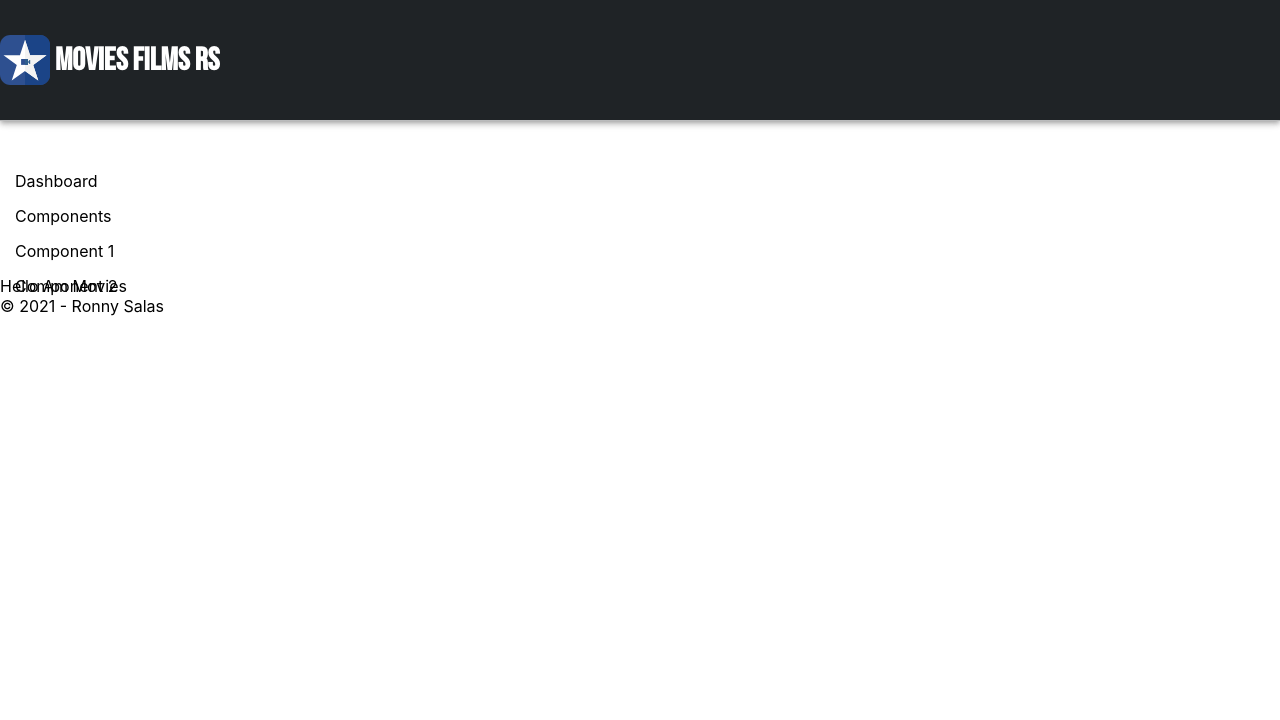
Repository: ronnysalas459/assigment-2
Page: /
These files come from the project's save history. The page is drawn as it stood at one moment and after the next save; the edit follows.
The browser window is 1280 px wide. The pictures show the whole page.
The page's requests for data from a server got no answer. The project was rebuilt for these pictures with package versions that can differ from the ones it lists, and the page was loaded fresh each time. No one was signed in, and anything a server would have sent is missing. Also part of the build but not shown: src/contexts/DetailsContext.js, src/components/Details/index.js, src/components/NotFound/index.js.

Above is the page before, as saved 2021-08-29 20:11:22.

### src/index.js
import React from 'react';
import ReactDOM from 'react-dom';
import App from './App';

ReactDOM.render(<App />,document.querySelector('#root')
);

### src/App.js
import React from "react";
import { BrowserRouter, Switch, Route } from "react-router-dom";
import MoviesContextProvider from "./contexts/MoviesContext";
import DetailsContextProvider from "./contexts/DetailsContext";
import Movies from "./components/Movies";
import Details from "./components/Details";
import Header from "./components/Common/Header";
import Footer from "./components/Common/Footer";
import SideBar from "./components/Common/SideBar";
import NotFound from "./components/NotFound";
import "./assets/css/styles.css";

const App = () => (
  <BrowserRouter>
    <div className="container">
    <Header />
    <SideBar/>
    </div>
    <Switch>
      <Route exact path="/">
        <MoviesContextProvider>
          <Movies />
        </MoviesContextProvider>
      </Route>
      <Route path="/movie/movie_id">
        <DetailsContextProvider>
          <Details />
        </DetailsContextProvider>
      </Route>
      <Route component={NotFound} />
    </Switch>
    <Footer />
  </BrowserRouter>
);

export default App;

### src/contexts/MoviesContext.js
import React, { createContext, useState, useEffect } from "react";
import { popularGet, movieSearch } from "./../constants";

export const MoviesContext = createContext();

const MoviesContextProvider = ({ children }) => {
  const [doneFetch, setDoneFetch] = useState();
  const [currentQuery, setCurrentQuery] = useState("");
  const [text, setText] = useState("Top Movies");
  const [movies, setMovies] = useState([]);

  useEffect(() => {
    getPopularMovies();
  }, []);

  const getPopularMovies = () => {
    fetch(popularGet())
      .then((res) => res.json())
      .then((data) => {
        setDoneFetch(true);
        setMovies(data.results);
      })
      .catch((err) => console.log(err));
  };

  const getMovies = (query) => {
    fetch(movieSearch(query))
      .then((res) => res.json())
      .then((data) => {
        const { results } = data;
        setDoneFetch(true);
        setText(results.length ? "Results" : "No Results");
        setMovies(results);
      })
      .catch((err) => console.log(err));
  };

  const validateQuery = (
    e,
    query = document.querySelector("#query").value.toLowerCase().trim()
  ) => {
    if (e.type === "keypress" && e.key !== "Enter") return;
    const words = query.match(/\w+/g);
    query = words && words.join(" ");
    if (query && query !== currentQuery) {
      setCurrentQuery(query);
      setDoneFetch(false);
      getMovies(query);
    }
  };
  return (
    <MoviesContext.Provider value={{ doneFetch, text, movies, validateQuery }}>
      {children}
    </MoviesContext.Provider>
  );
};

export default MoviesContextProvider;

### src/components/Movies/index.js
import React from 'react'

const Movies = () => (
    <p> Hello Am Movies</p>
);

export default Movies;

### src/components/Common/Header.js
import React from "react";
import { AppBar, Toolbar } from "@material-ui/core";
import { ReactComponent as Logo } from "./../../assets/img/movie.svg";
import "./../../assets/css/styles.css";
const Header = () => (
  <AppBar position="sticky">
      <div className="header-container">
            <Logo className="logo-container" />
            &nbsp;&nbsp;
        <h1>Movies Films RS</h1>
      </div>
  </AppBar>
);

export default Header;

### src/components/Common/Footer.js
import React from 'react'

const Footer = () => (
    <footer>
        <p> &copy; { new Date().getFullYear()} - Ronny Salas</p>
    </footer>
);


export default Footer;

### src/components/Common/SideBar.js
import React from "react";
import { ProSidebar, Menu, MenuItem, SubMenu } from "react-pro-sidebar";
import "./../../assets/css/styles.css";

const SideBar = () => (
  <section className="content">
    <aside className="aside">
      <ProSidebar>
        <Menu iconShape="square">
          <MenuItem>Dashboard</MenuItem>
          <SubMenu title="Components">
            <MenuItem>Component 1</MenuItem>
            <MenuItem>Component 2</MenuItem>
          </SubMenu>
        </Menu>
      </ProSidebar>
    </aside>
  </section>
);
export default SideBar;

### src/assets/css/styles.css
/*FUENTES*/

@font-face {
  font-family: "TrebuchetMS";
  src: url("../fonts/TrebuchetMS.ttf");
  font-weight: normal;
  font-style: normal;
}
@font-face {
  font-family: "BebasNeue";
  src: url("../fonts/BebasNeue.otf");
  font-weight: normal;
  font-style: normal;
}

@font-face {
  font-family: "WebSymbolsRegular";
  src: url("../fonts/websymbols-regular-webfont.eot");
  src: url("../fonts/websymbols-regular-webfont.eot?#iefix")
      format("embedded-opentype"),
    url("../fonts/websymbols-regular-webfont.woff") format("woff"),
    url("../fonts/websymbols-regular-webfont.ttf") format("truetype"),
    url("../fonts/websymbols-regular-webfont.svg#WebSymbolsRegular")
      format("svg");
  font-weight: normal;
  font-style: normal;
}

* {
  margin: 0px;
  padding: 0px;
}

.wrap {
  width: 1250px;
  margin: 0px auto;
}

.gear,
.icon {
  font-family: "WebSymbolsRegular";
}

html {
  overflow-x: hidden;
}

body {
  margin: 0;
  font-family: -apple-system, BlinkMacSystemFont, "Segoe UI", "Roboto", "Oxygen",
    "Ubuntu", "Cantarell", "Fira Sans", "Droid Sans", "Helvetica Neue",
    sans-serif;
  -webkit-font-smoothing: antialiased;
  -moz-osx-font-smoothing: grayscale;
}

.header-container {
  width: 100%;
  height: 80px;
  background-color: #1f2326 !important;
  font-family: BebasNeue;
  color: white;
  display: flex;
  flex-direction: row;
  flex-wrap: wrap;
  align-items: center;
  height: 120px;
  border-bottom: 1px solid rgba(225, 225, 226, 0.8);
}

.logo-container {
  display: block;
  height: 100%;
  width: 50px;
}
.logo-container h1 {
  color: aqua;
}
.content{
  display:flex;
  justify-content:space-between;
  padding-top: 20px;
  padding-bottom: 20px;
}
.aside{

  flex-basis: 15%;
  margin-right: 30px;
  padding: 15px;

  display:flex;
  flex-direction: column;
  flex-wrap: wrap;
}
.sidebar {
  display: flex;
  color: aqua;
  width: 10%;
  height: auto;
  background-color: #1f2326;
}
ul {
  list-style-type: none;
  padding: 0;
}

li {
  margin-top: 15px;
}

a {
  text-decoration: none;
}

.root {
  margin: 3vw;
}

.message,
.defaultPaper {
  text-align: center;
  color: rgba(0, 0, 0, 0.54) !important;
}

.paper {
  margin-top: 25px;
  margin-bottom: 25px;
  margin-left: auto;
  margin-right: auto;
  max-width: 600px;
}

.defaultPaper {
  padding: 15px;
}

.title {
  font-size: 25px;
}

.buttonPrimary,
.progressBar {
  display: flex;
  justify-content: center;
  align-items: center;
}

.buttonPrimary,
.message,
.progressBar {
  margin: 10px;
}

.MuiTextField-root {
  width: 100%;
}

@media (max-width: 323px) {
  h1 {
    display: none;
  }
}

### src/constants/index.js
//HABILITAR PROXY INVERSO PARA CORS INTERCEPTOR
//const cors_anywhere = "https://cors-anywhere.herokuapp.com/";
const base_url = "https://api.themoviedb.org/3/";
const popular_movies_get = "movie/popular?";
const movie_search = "search/movie?";
const movies_get = "movie/{movie_id}";
const api_key = "api_key = 2c4e30626dc1fcee2a373a9a71cf70f1";


export const popularGet = popular_movies_get => `${base_url}${popular_movies_get}${api_key}`;
export const moviesGet = movies_get => `${base_url}${movies_get}${api_key}`;
export const movieSearch = query => `${base_url}${movie_search}${api_key}query=${query}`;

Loaded but not shown: public/index.html (common file)

After the next save:
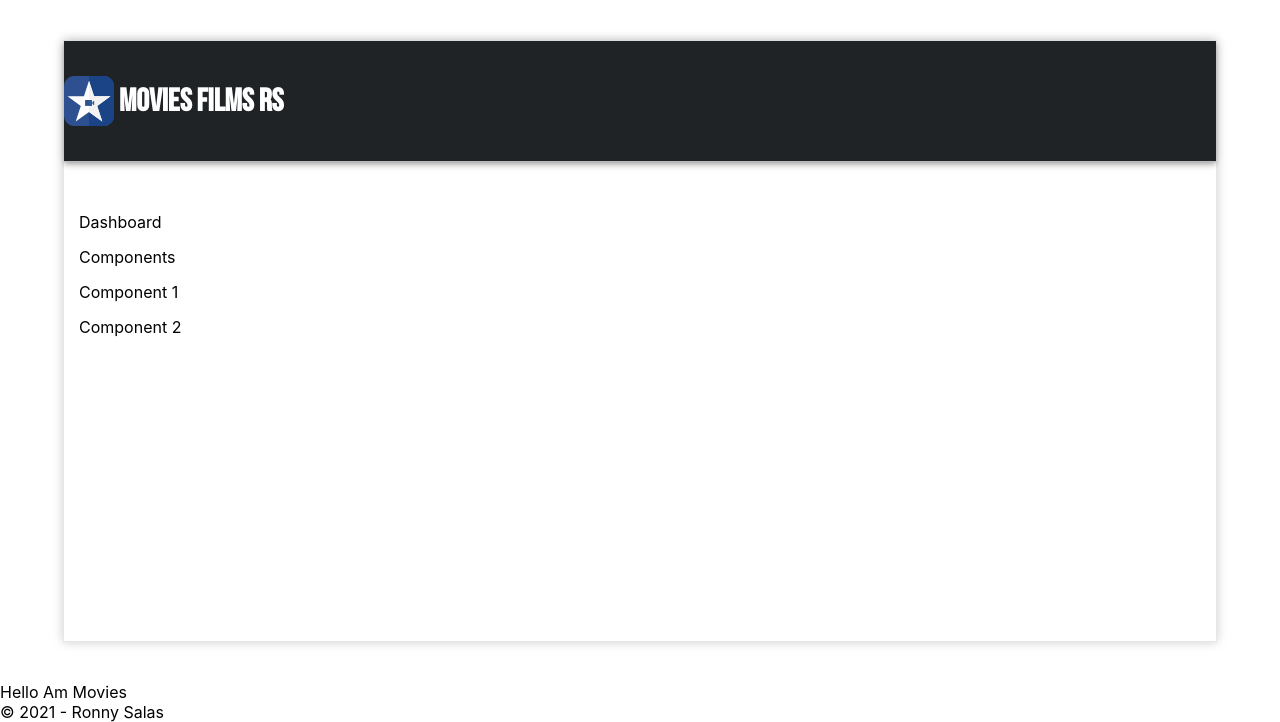
Saved 18 s later.
--- a/src/assets/css/styles.css
+++ b/src/assets/css/styles.css
@@ -53,7 +53,16 @@
   -webkit-font-smoothing: antialiased;
   -moz-osx-font-smoothing: grayscale;
 }
-
+.container{
+  width:90%;
+  height:auto;
+  margin:0px auto;
+  border: 1px solid rgba(225,225,226,0.8);
+  box-shadow:0px 0px 10px #ccc;
+  margin-top: 40px;
+  margin-bottom: 40px;
+  min-height:600px;
+}
 .header-container {
   width: 100%;
   height: 80px;
